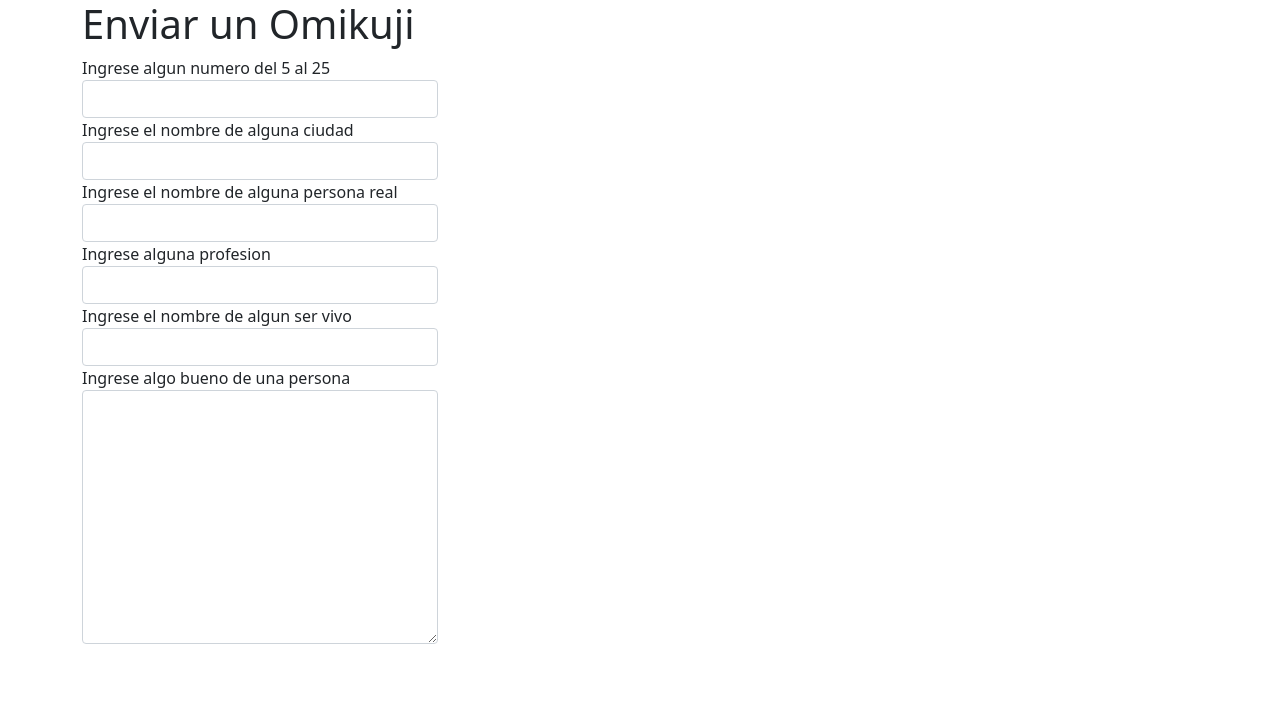
Repository: fanoneytor/condingDojo-JavaSpring
Page: http://localhost/Omikuji/WEB-INF/index.jsp
These files come from the project's save history. The page is drawn as it stood at one moment and after the next save; the edit follows.
The browser window is 1280 px wide. The pictures show the whole page.
The page is served by Tomcat 9. Nobody is signed in. The template is opened directly, without the code that normally fills it, so the values that code supplies are empty.

Above is the page before, as saved 2023-03-12 18:17:38.

After the next save:
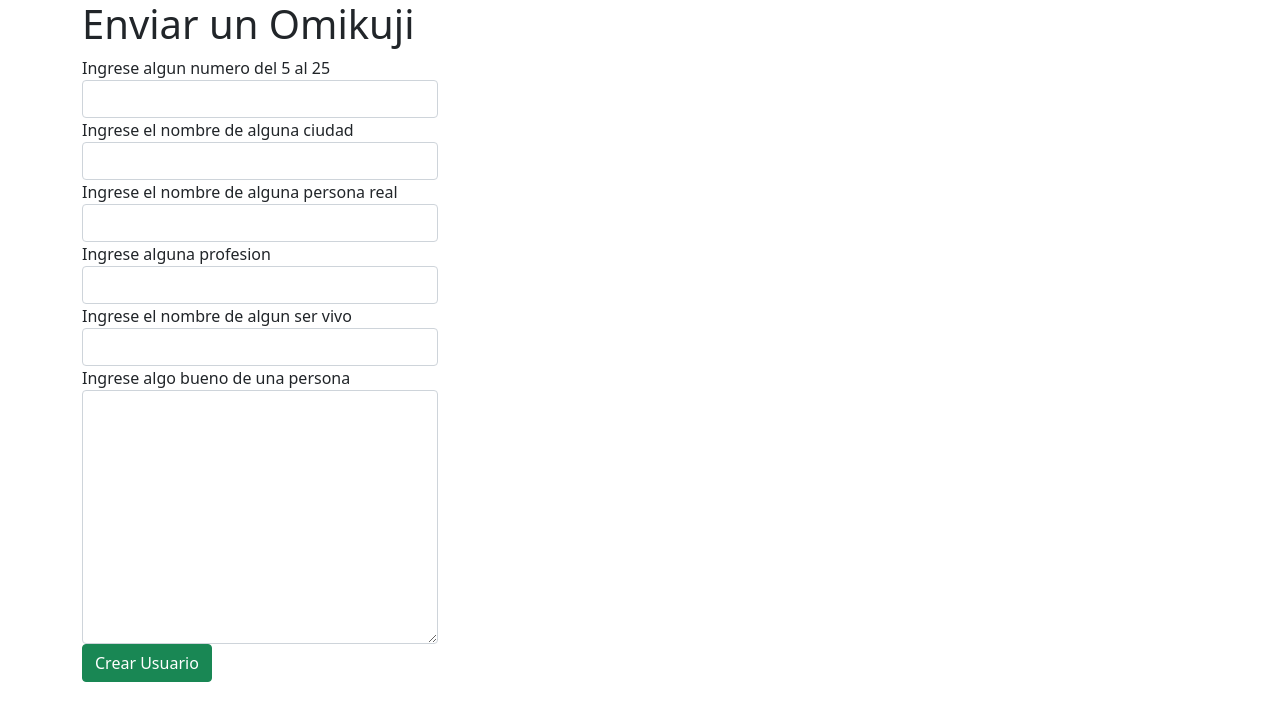
Saved 88 s later.
--- a/workspace/Omikuji/src/main/webapp/WEB-INF/index.jsp
+++ b/workspace/Omikuji/src/main/webapp/WEB-INF/index.jsp
@@ -38,6 +38,7 @@
 						<label for="algoBueno">Ingrese algo bueno de una persona</label>
 						<textarea name="algoBueno" cols="30" rows="10" class="form-control"></textarea>
 					</div>
+					<input type="submit" value="Crear Usuario" class="btn btn-success" />
 				</form>
 			</div>
 		</div>
